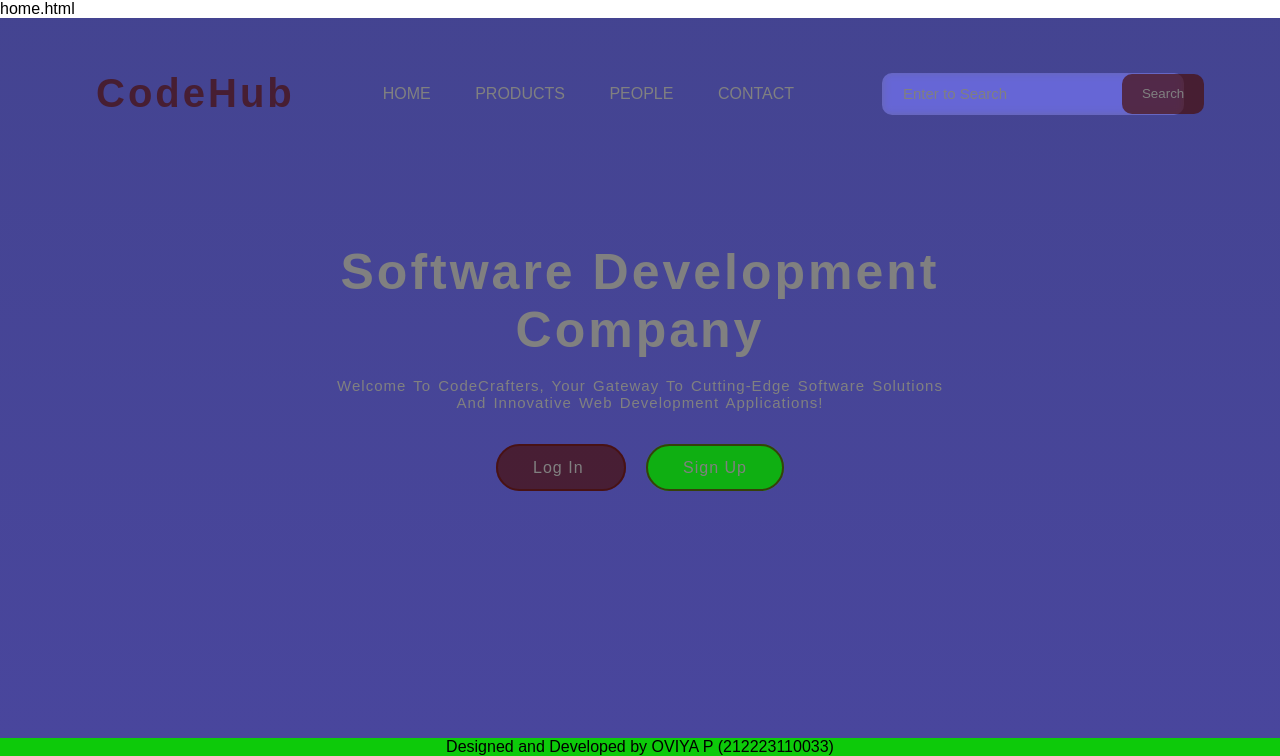
Repository: Oviya24032K6/softweb
Page: oviya/softapp/static/home.html
These files come from the project's save history. The page is drawn as it stood at one moment and after the next save; the edit follows.
The browser window is 1280 px wide. The pictures show the whole page.

Above is the page before, as saved 2024-04-23 11:32:09.

### oviya/softapp/static/home.html
home.html

<html>
    <head>
        <meta name="viewport" content="width=device-width, initial-scale=1.0">
        <title> Software Development Company </title>
        <style type="text/css">
            * {
                margin: 0;
                padding: 0;
                font-family: Arial, Helvetica, sans-serif;
            }
            .banner {
                width: 100%;
                height: 100vh;
                background-image: linear-gradient(rgba(5, 5, 108, 0.75),rgba(12, 8, 124, 0.75));
                background-size: cover;
                background-position: center;
            }
            .navbar {
                width: 85%;
                margin: auto;
                padding: 35px 0;
                display: flex;
                align-items: center;
                justify-content: space-between;
            }
            .logo {
                color:#490c05ac;
                font-size: 40px;
                font-weight: 700;
                letter-spacing: 3px;
            }
            span {
                color: gray;
            }
            form {
                width: 300px;
                height: 40px;
                display: flex;
                background: rgba(255, 255, 255, 0.2);
                padding: 1px 1px;
                font-size: 15px;
                border-radius: 10px;
                backdrop-filter: blur(4px) saturate(180%);
            }
            form input {
                background: transparent;
                flex: 1;
                border: 0;
                outline: none;
                padding: 12px 20px;
                font-size: 15px;
                color: gray;
            }
            ::placeholder {
                color: gray;
            }
            form button {
                border: 0;
                outline: none;
                padding: 5px 20px;
                color: gray;
                border-radius: 10px;
                background:#490c05ac;
                cursor: pointer;
            }
            .navbar li {
                list-style: none;
                display: inline-block;
                margin: 0 20px;
                position: relative;
            }
            .navbar li a {
                text-decoration: none;
                color: gray;
                text-transform: uppercase;
            }
            .navbar li:hover {
                border: 1px;
                padding: 10px;
                color: gray;
                background-color:#490c05ac;
                transition: 0.5s;
                cursor: pointer;
                border-radius: 30px;
            }
            .content {
                position: absolute;
                top: 50%;
                left: 50%;
                transform: translate(-50%,-50%);
                text-align: center;
            }
            .text h2 {
                color: gray;
                font-weight: 800;
                font-size: 50px;
                letter-spacing: 3px;
            }
            .text p {
                color: gray;
                text-transform: capitalize;
                font-size: 15px;
                margin-bottom: 30px;
                word-spacing: 2px;
                letter-spacing: 1px;
            }
            .login {
                margin: 0px 10px;
                border: 2px solid#490c05ac;
                padding: 13px 35px;
                letter-spacing: 1px;
                color: gray;
                border-radius: 30px;
                background-color:#490c05ac;
                text-decoration: none;
            }
            .login:hover {
                border: 2px solid#490c05ac;
                color:#490c05ac;
                background-color: gray;
                transition: 0.5s;
                cursor: pointer;
            }
            .signup {
                margin: 0px 10px;
                border: 2px solid#490c05ac;
                padding: 13px 35px;
                letter-spacing: 1px;
                color: gray;
                border-radius: 30px;
                background-color:#0faf12;
                text-decoration: none;
            }
            .signup:hover {
                border: 2px solid#0dc040;
                color:#0f9d26;
                background-color: gray;
                transition: 0.5s;
                cursor: pointer;
            }
            footer {
                background-color:#0dca0a;
                margin-top: auto;
            }
        </style>
    </head>
<body>
    <div class="banner">
        <br>
        <div class="navbar">
            <h1 class="logo">CodeHub</h1>
            <ul>
                <li><a href="http://127.0.0.1:8000/static/home.html"> Home </a></li>
                <li><a href="http://127.0.0.1:8000/static/product.html"> Products </a></li>
                <li><a href="http://127.0.0.1:8000/static/people.html"> People </a></li>
                <li><a href="http://127.0.0.1:8000/static/contact.html"> Contact </a></li>
            </ul>
            <form action="" method="get">
                <input type="text" placeholder="Enter to Search">
                <button type="submit"> Search </button>
            </form>
        </div>
        <div class="content">
            <div class="text">
                <h2> Software Development Company </h2>
                <br>
                <p> Welcome to CodeCrafters, your gateway to cutting-edge software solutions and innovative web development applications! </p>
                <br>
                <div>
                    <a href="#" class="login"> Log In </a>
                    <a href="#" class="signup"> Sign Up </a>
                </div>
            </div>
        </div>
    </div>
    <footer>
        <center> Designed and Developed by OVIYA P (212223110033) </center>
    </footer>
</body>
</html>

After the next save:
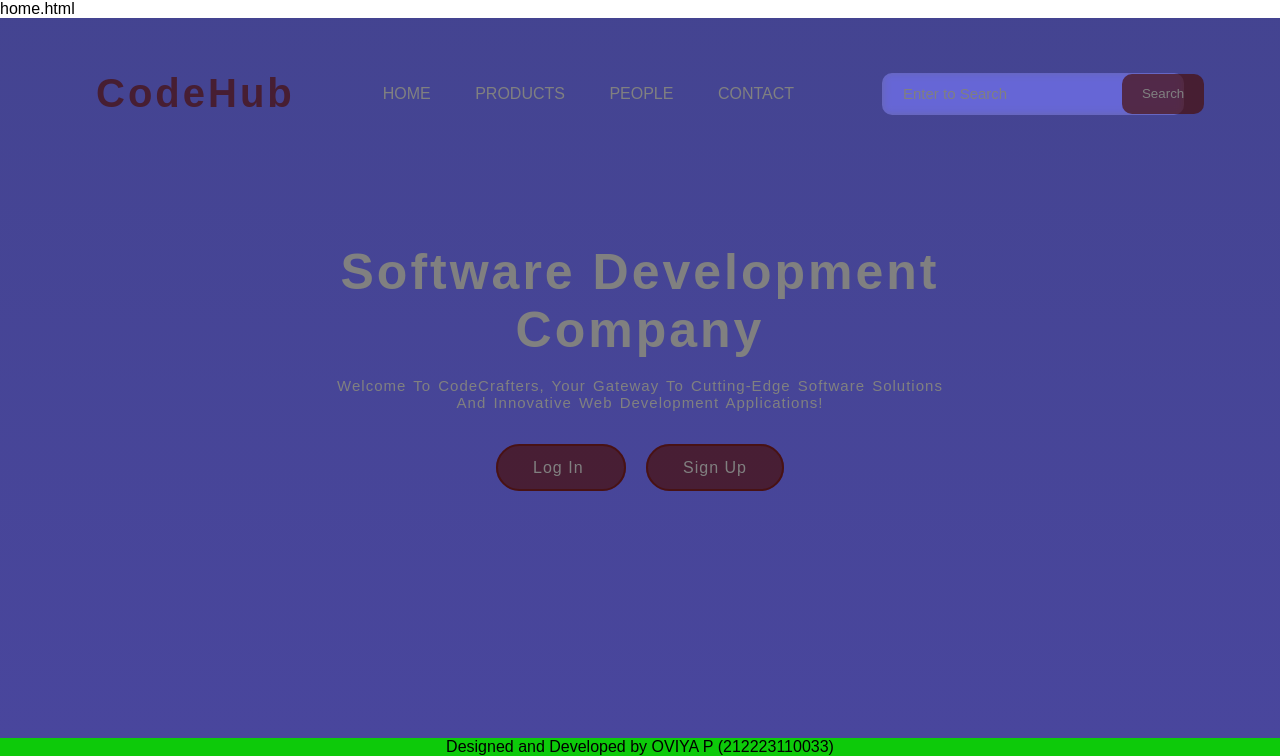
Saved 4 s later.
--- a/oviya/softapp/static/home.html
+++ b/oviya/softapp/static/home.html
@@ -130,7 +130,7 @@ home.html
                 letter-spacing: 1px;
                 color: gray;
                 border-radius: 30px;
-                background-color:#0faf12;
+                background-color:#490c05ac;
                 text-decoration: none;
             }
             .signup:hover {
